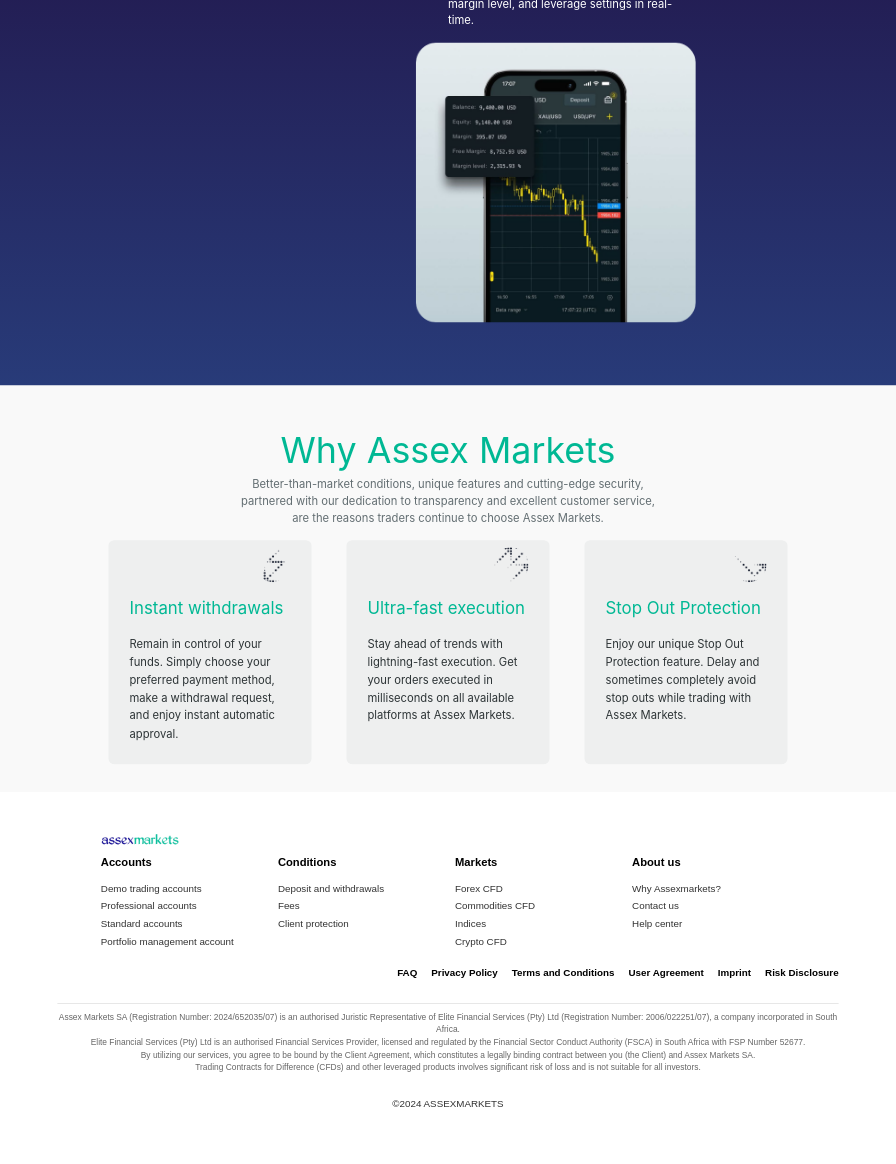
Repository: RevenewMarketing/Assex
Page: /webinar
These files come from the project's save history. The page is drawn as it stood at one moment and after the next save; the edit follows.
The browser window is 1280 px wide. The pictures show the part of the page from y = 2754 to 4674 px (the page is 4417 px tall before and 4674 px after), at 70% of full size.
The project was rebuilt for these pictures with package versions that can differ from the ones it lists, and the page was loaded fresh each time. Also part of the build but not shown: vite.config.ts, src/pages/home/sections/HeroSection.module.css, src/pages/home/sections/HeroSection.tsx, src/pages/home/sections/Section2.tsx, src/pages/home/sections/Section3.tsx, src/pages/home/sections/Section4.tsx, src/pages/home/sections/Section5.tsx, src/pages/home/sections/Section6.tsx and 32 more.

Above is the page before, as saved 2024-11-29 12:49:46.

### index.html
<!doctype html>
<html lang="en">
  <head>
    <meta charset="UTF-8" />
    <link rel="icon" type="image/svg+xml" href="/vite.svg" />
    <meta name="viewport" content="width=device-width, initial-scale=1.0" />
    <title>Assex</title>
  </head>
  <body>
    <div id="root"></div>
    <script type="module" src="/src/main.tsx"></script>
  </body>
</html>

### src/index.css
:root {
  font-family: Inter, system-ui, Avenir, Helvetica, Arial, sans-serif;
  line-height: 1.5;
  font-weight: 400;
  color-scheme: light dark;
  color: rgba(255, 255, 255, 0.87);
  background-color: #ffffff;
  font-synthesis: none;
  max-width: 1920px;
  margin: auto;
  text-rendering: optimizeLegibility;
  -webkit-font-smoothing: antialiased;
  -moz-osx-font-smoothing: grayscale;
  /* Smooth scrolling */
  scroll-behavior: smooth;
}

a {
  font-weight: 500;
  color: #646cff;
  text-decoration: inherit;
}

a:hover {
  color: #535bf2;
}

body {
  margin: 0;
  display: flex;
  place-items: center;
  min-width: 320px;
  min-height: 100vh;
  background-color: #FFF;
  /* align-content: center; */
  flex-direction: column;
  justify-content: flex-start;
}

h1 {
  font-size: 3.2em;
  line-height: 1.1;
}

button {
  border-radius: 8px;
  border: 1px solid transparent;
  padding: 0.6em 1.2em;
  font-size: 1em;
  font-weight: 500;
  font-family: inherit;
  background-color: #1a1a1a;
  cursor: pointer;
  transition: border-color 0.25s;
}

button:hover {
  border-color: #646cff;
}

button:focus,
button:focus-visible {
  outline: 4px auto -webkit-focus-ring-color;
}

@media (prefers-color-scheme: light) {
  :root {
    color: #213547;
    background-color: #ffffff;
  }

  a:hover {
    color: #747bff;
  }

  button {
    background-color: #f9f9f9;
  }
}

### src/App.tsx

import './App.css'
// import Navigation from './pages/home/Navigation'
import NavigationMenu from './components/navigation-menu/NavigationMenu'

import { BrowserRouter, Route, Routes } from 'react-router';
import Home from './pages/home/Home';
import Footer from './components/footer-section/Footer';
import About from './pages/about/About';
import Partner from './pages/partner/Partner';
import AccountTypeCrypto from './pages/account_type_crypto/AccountTypeCrypto';
import Webinar from './pages/web-terminal/Webinar';

function App() {

  return (
    <>
    <BrowserRouter>
    <NavigationMenu />
    <Routes>
      <Route path="/" element={<Home />} />
      <Route path="/about" element={<About />} />
      <Route path="/partner" element={<Partner />} />
      <Route path="/atc" element={<AccountTypeCrypto />} />
      <Route path="/webinar" element={<Webinar />} />
      {/* Define other routes */}
    </Routes>
    <Footer />
  </BrowserRouter>


    </>
  )
}

export default App

### src/App.css
#root {
  max-width: 1920px;
  width: 100%;
  margin: 0 auto;
  padding: 0;
  text-align: center;
}

.logo {
  height: 6em;
  padding: 1.5em;
  will-change: filter;
  transition: filter 300ms;
}
.logo:hover {
  filter: drop-shadow(0 0 2em #646cffaa);
}
.logo.react:hover {
  filter: drop-shadow(0 0 2em #61dafbaa);
}

@keyframes logo-spin {
  from {
    transform: rotate(0deg);
  }
  to {
    transform: rotate(360deg);
  }
}

@media (prefers-reduced-motion: no-preference) {
  a:nth-of-type(2) .logo {
    animation: logo-spin infinite 20s linear;
  }
}

.card {
  padding: 2em;
}

.read-the-docs {
  color: #888;
}

/* Auth Buttons */
.authButtons {
  /* margin-left: auto; */
  display: flex;
  gap: 10px;
}

### src/pages/web-terminal/Webinar.tsx

import Section1 from "./sections/Section1"
import Section2 from "./sections/Section2"
import Section3 from "./sections/Section3"
import Section4 from "./sections/Section4"
import Section5 from "./sections/Section5"




const Webinar = () => {
  return (
    <div>
      <Section1 />
      <Section2 />
      <Section3 />
      <Section4 />
      <Section5 />

    </div>
  )
}

export default Webinar

### src/components/ReusableButton.tsx

import styles from './GlobalComponentStyles.module.css';

type Props = {
  link?: string;
  text: string;
  type: 'register' | 'sign-in' | 'logout' | 'profile' | 'settings' | 'help' | 'free-trial' | 'learn-more' | 'dark' | 'light';
};

export default function ReusableButton({ link, text, type }: Props) {
  return (
      <button
      style={{
        backgroundColor: type === 'register' ? '#19BC9C' :
        type === 'sign-in' ? '#F4F6F7' :
        type === 'logout' ? '#FF6347' :
        type === 'profile' ? '#FFA07A' :
        type === 'settings' ? '#FF7F50' :
        type === 'help' ? '#FFA500' :
        type === 'free-trial' ? '#FFD700' :
        type === 'learn-more' ? '#FF4500' :
        type === 'dark' ? '#4C4B4D' :
        type === 'light' ? '#fff' : '#000',
        color: type === 'dark' ? '#fff' : '#000'
      }}
        className={styles.registerButton}
        onClick={() => window.open(link, '_blank')}
      >{text}
      </button>

  );
}

### src/components/footer-section/FooterStyles.module.css
.footerContainer {
  background-color: #ffffff;
  color: #333;
  padding: 60px 20px;
  font-family: Arial, sans-serif;
  font-size: 14px;
  line-height: 1.8;
}

.footerContainer h4 {
  font-size: 16px;
  font-weight: bold;
  margin-bottom: 10px;
  color: #000;
  text-align: left;
  margin-top: 0;
}

.footerContainer ul {
  list-style-type: none;
  padding: 0;
  margin: 0;
  text-align: left;
}

.footerContainer ul li {
  margin-bottom: 0px;
  cursor: pointer;
}

.footerContainer ul li:hover {
  color: #00b894;
}

.footerContainer .columnsContainer {
  display: flex;
  justify-content: space-between;
  gap: 20px;
  flex-wrap: wrap;
  margin-bottom: 40px;
  width: 80%;
  margin: auto;
}

.noDrag {
  cursor: no-drop !important;
}

.footerContainer .columnsContainer>div {
  flex: 1;
  min-width: 180px;
  /* Ensures alignment and proper spacing */
}

.linksContainer {
  display: flex;
  gap: 20px;
  justify-content: flex-end;
  width: 95%;
}

.linksContainer a {
  color: #000000 !important;
  font-weight: 600;
}

.footerContainer .linksContainer {
  text-align: center;
  margin: 20px 0 30px;
}

.footerContainer .linksContainer a {
  color: #007bff;
  text-decoration: none;
  margin: 0px;
  font-size: 14px;
}

.footerContainer .linksContainer a:hover {
  text-decoration: underline;
}

.footerContainer .details {
  font-size: 12px;
  color: #666;
  line-height: 1.5;
  margin: 20px auto;
  text-align: center;
  width: 90%;
  border-top: 1px solid #80808061;
  padding-top: 10px;
}

.footerContainer .details p {
  margin-bottom: 15px;
}

.footerContainer .logoContainer {
  text-align: left;
  margin: auto;
  width: 80%;
}

.footerContainer .logoContainer img {
  max-width: 150px;
}

.footerContainer .copyright {
  text-align: center;
  font-size: 14px;
  margin-top: 30px;
}


.details p {
  margin: 0 !important;
}

### src/pages/web-terminal/sections/Section1.tsx

import styles from './Section1.module.css';

const textContent = {
  title: 'CRYPTO TRADING WITHOUT THE SWAP FEES',
  subtitle: 'Trade popular cryptocurrencies including BTCUSD, ETHUSD, and LTCUSD. Hold your positions with no overnight charges.',
  registerButton: 'Register',
  demoButton: 'Try free demo',
};

const Section1: React.FC = () => {
  return (
    <section className={styles.container}>
    <div className={styles.textContainer}>
       <i> <h1 className={styles.title}>{textContent.title}</h1></i>
        <p className={styles.subtitle}>{textContent.subtitle}</p>
    </div>
      <div className={styles.buttonsContainer}>
        <button className={`${styles.button} ${styles.primaryButton}`}>{textContent.registerButton}</button>
        <button className={styles.button}>{textContent.demoButton}</button>
      </div>
    </section>
  );
};

export default Section1;

### src/pages/web-terminal/sections/Section2.tsx

import styles from './Section2.module.css';
import webAppImage from '../../../assets/pages/Web-Terminal/2-section1-Image1.png';

const content = {
  title: "Trade up with our high-speed, customized web app",
  description:
    "Enjoy seamless and flexible trading on the Assex Markets Terminal, a secure and streamlined web trader platform for trading over a hundred popular CFDs.",
  watchlistTitle: "Watchlist",
  watchlistDescription:
    "Get real-time prices and movements on the Assex Markets Terminal watchlist which hosts lists of all available trading instruments.",
  tradingModeTitle: "One-click trading mode",
  tradingModeDescription:
    "Open and close orders instantly choosing from a tile list of instruments to trade and using the Limit Order field for pending orders.",
};

const Section2: React.FC = () => {
  return (
    <div className={styles.section}>
      <div className={styles.textContainer}>
       <div className={styles.headerContent} >
          <h1 className={styles.title}>{content.title}</h1>
          <p className={styles.description}>{content.description}</p>
       </div>

       <div className={styles.innerContents} >
          <div className={styles.features}>
            <div className={styles.feature}>
              <h2 className={styles.featureTitle}>{content.watchlistTitle}</h2>
              <p className={styles.featureDescription}>
                {content.watchlistDescription}
              </p>
            </div>
            <div className={styles.feature}>
              <h2 className={styles.featureTitle}>
                {content.tradingModeTitle}
              </h2>
              <p className={styles.featureDescription}>
                {content.tradingModeDescription}
              </p>
            </div>
          </div>

          <img
          className={styles.imagePlaceholder}
          src={webAppImage}
          alt="Web App"
        />
        </div>

       </div>

    </div>
  );
};

export default Section2;

### src/pages/web-terminal/sections/Section3.tsx

import styles from './Section3.module.css';
import webAppImage from '../../../assets/pages/Web-Terminal/3-section2-Image1.png';

const content = {
  portfolioTitle: "Portfolio area",
  portfolioDescription:
    "Track your orders in the portfolio area with details like type, volume, prices, take profit, stop loss, open time, swap, and profit and loss.",
  instrumentsTitle: "Instruments tabs",
  instrumentsDescription:
    "Choose from multiple available chart types and customize them with indicators, drawing tools, and more. Charting is provided by TradingView.",
};

const Section3: React.FC = () => {
  return (
    <div className={styles.section}>



       <div className={styles.innerContents} >
          <div className={styles.features}>
            <div className={styles.feature}>
              <h2 className={styles.featureTitle}>{content.portfolioTitle}</h2>
              <p className={styles.featureDescription}>
                {content.portfolioDescription}
              </p>
            </div>
            <div className={styles.feature}>
              <h2 className={styles.featureTitle}>
                {content.instrumentsTitle}
              </h2>
              <p className={styles.featureDescription}>
                {content.instrumentsDescription}
              </p>
            </div>
          </div>

          <img
          className={styles.imagePlaceholder}
          src={webAppImage}
          alt="Web App"
        />
        </div>



    </div>
  );
};

export default Section3;

### src/pages/web-terminal/sections/Section4.tsx

import styles from './Section4.module.css';
import webAppImage from '../../../assets/pages/Web-Terminal/4-section3-Image1.png';

const content = {
  managementTitle: "Trading account management",
  managementDescription:
    "View your account details such as trading history, balance, equity, margin, free margin, margin level, and leverage settings in real-time.",
  accountTypesTitle: "Account types",
  accountTypesDescription:
    "Enjoy flexibility on a web trader platform that is compatible with all Assex Markets trading account types that are supported by MetaTrader 5.",
};

const Section4: React.FC = () => {
  return (
    <div className={styles.section}>



        <div className={styles.innerContents}>
          <div className={styles.features}>

            <div className={styles.feature}>
              <h2 className={styles.featureTitle}>{content.accountTypesTitle}</h2>
              <p className={styles.featureDescription}>
                {content.accountTypesDescription}
              </p>
            </div>
            <div className={styles.feature}>
              <h2 className={styles.featureTitle}>
                {content.managementTitle}
              </h2>
              <p className={styles.featureDescription}>
                {content.managementDescription}
              </p>
              </div>
          </div>

          <img
            className={styles.imagePlaceholder}
            src={webAppImage}
            alt="Web App"
          />
        </div>

    </div>
  );
};

export default Section4;

### src/components/GlobalComponentStyles.module.css


.registerButton {
  background-color: #00b074;
  color: white;
  border: none;
  padding: 8px 16px;
  font-size: 14px;
  border-radius: 4px;
  cursor: pointer;
}

.signInButton {
  background-color: #f4f4f4;
  color: #333;
  border: 1px solid #ccc;
  padding: 8px 16px;
  font-size: 14px;
  border-radius: 4px;
  cursor: pointer;
}

### src/pages/web-terminal/sections/Section1.module.css
.container {
  background-image: url('../../../assets/pages/Crypto/1-cryptoBanner.jpg'); /* Replace with your background image path */
  background-size: cover;
  background-position: center;
  background-repeat: no-repeat;
  min-height: 63dvh;
  display: flex;
  flex-direction: column;
  justify-content: center;
  align-items: flex-start;
  padding: 20px 40px;
  background-color: rgba(0, 0, 0, 0.73);
  max-width: inherit;
}

@media (max-width: 768px) {
  .container {
    height: auto;
    padding: 15px;
  }
}

.title {
  font-size: 3rem; /* Reduced from 5rem for better scaling */
  font-weight: 700;
  color: white;
  margin: 0 0 20px;
  text-align: left;
}

@media (max-width: 768px) {
  .title {
    font-size: 2.2rem; /* Scaled down for smaller screens */
    margin-bottom: 15px;
  }
}

.textContainer {
  width: 55%;
}

@media (max-width: 768px) {
  .textContainer {
    width: 100%; /* Ensure text occupies full width on smaller screens */
  }
}

.subtitle {
  font-size: 1.8rem; /* Reduced from 2rem for consistency */
  color: white;
  margin: 0 0 30px;
  text-align: left;
  width: 72%;
}

@media (max-width: 768px) {
  .subtitle {
    font-size: 1.2rem; /* Adjusted for smaller screens */
    margin-bottom: 20px;
    width: 100%; /* Occupy full width for better readability */
  }
}

.buttonsContainer {
  display: flex;
  gap: 15px;
}

@media (max-width: 768px) {
  .buttonsContainer {
    flex-direction: column;
    gap: 10px;
  }
}

.button {
  background-color: white;
  color: #00c897;
  border: 2px solid #00c897;
  border-radius: 5px;
  font-size: 1rem; /* Consistent button text size */
  font-weight: 600;
  padding: 10px 20px;
  cursor: pointer;
  transition: all 0.3s ease;
}

.button:hover {
  background-color: #e8f8f4;
}

.primaryButton {
  background-color: #00c897;
  color: white;
}

.primaryButton:hover {
  background-color: #00b087;
}

@media (max-width: 768px) {
  .button {
    width: 100%;
    text-align: center;
  }
}

### src/pages/web-terminal/sections/Section2.module.css
.section {
  display: flex;
  justify-content: space-between;
  align-items: center;
  background: rgb(40, 59, 121);
  background: linear-gradient(0deg, rgba(40, 59, 121, 1) 0%, rgba(32, 13, 63, 1) 100%);
  color: #ffffff;
  padding: 50px;
  flex-direction: column;
}

.textContainer {
  max-width: 63%;
}

.headerContent {
  width: 70%;
  margin: auto;
}

.innerContents {
  display: flex;
  flex-direction: row-reverse;
  flex-wrap: wrap;
  width: 100%;
  justify-content: space-between;
  align-content: center;
  margin: 40px;
}

.title {
  font-size: 2rem;
  font-weight: bold;
  margin-bottom: 20px;
}

.description {
  font-size: 1.1rem;
  margin-bottom: 30px;
}

.features {
  display: flex;
  flex-direction: column;
  gap: 20px;
  width: 50%;
  justify-content: center;
  text-align: left;
}

.feature {
  margin-bottom: 20px;
}

.featureTitle {
  font-size: 1.2rem;
  font-weight: bold;
  margin: 0;
}

.featureDescription {
  font-size: 1rem;
  line-height: 1.5;
  margin: 0;
}

.imagePlaceholder {

  height: 400px;
  transition: all 0.3s;
  border-radius: 10px;
}

.imagePlaceholder:hover {
  transform: scale(1.2);
}

### src/pages/web-terminal/sections/Section3.module.css
.section {
  display: flex;
  justify-content: space-between;
  align-items: center;
  background-color: #ffffff;
  color: #000000;
  padding: 50px;
  flex-direction: column;
}


.headerContent {
  width: 70%;
  margin: auto;
}

.innerContents {
  display: flex;
  flex-direction: row;
  flex-wrap: wrap;
  max-width: 60%;
  justify-content: space-between;
  align-content: center;
  margin: 40px;
}

.title {
  font-size: 2rem;
  font-weight: bold;
  margin-bottom: 20px;
}

.description {
  font-size: 1.1rem;
  margin-bottom: 30px;
}

.features {
  display: flex;
  flex-direction: column;
  gap: 20px;
  width: 50%;
  justify-content: center;
  text-align: left;
}

.feature {
  margin-bottom: 20px;
}

.featureTitle {
  font-size: 1.2rem;
  font-weight: bold;
  margin: 0;
}

.featureDescription {
  font-size: 1rem;
  line-height: 1.5;
  margin: 0;
}

.imagePlaceholder {

  height: 400px;
  transition: all 0.3s;
  border-radius: 10px;
}

.imagePlaceholder:hover {
  transform: scale(1.2);
}

### src/pages/web-terminal/sections/Section4.module.css
.section {
  display: flex;
  justify-content: space-between;
  align-items: center;
  background: rgb(40, 59, 121);
  background: linear-gradient(0deg, rgba(40, 59, 121, 1) 0%, rgba(32, 13, 63, 1) 100%);
  color: #ffffff;
  padding: 50px;
  flex-direction: column;
}



.headerContent {
  width: 70%;
  margin: auto;
}

.innerContents {
  display: flex;
  flex-direction: row-reverse;
  flex-wrap: wrap;
  max-width: 60%;
  justify-content: space-between;
  align-content: center;
  margin: 40px;
}

.title {
  font-size: 2rem;
  font-weight: bold;
  margin-bottom: 20px;
}

.description {
  font-size: 1.1rem;
  margin-bottom: 30px;
}

.features {
  display: flex;
  flex-direction: column;
  gap: 20px;
  width: 50%;
  justify-content: center;
  text-align: left;
}

.feature {
  margin-bottom: 20px;
}

.featureTitle {
  font-size: 1.2rem;
  font-weight: bold;
  margin: 0;
}

.featureDescription {
  font-size: 1rem;
  line-height: 1.5;
  margin: 0;
}

.imagePlaceholder {

  height: 400px;
  transition: all 0.3s;
  border-radius: 10px;
}

.imagePlaceholder:hover {
  transform: scale(1.2);
}

### src/pages/web-terminal/sections/Section5.module.css
.section {
  padding: 20px;
  text-align: center;
  background-color: #f9f9f9;
}

.cardIcon {
  border-radius: 50%;
  width: 50px;
  height: 50px;
  background-color: #00b89300;
  margin-left: auto;
}

.heading {
  font-weight: 400;
  color: #00b894;
  margin-bottom: 10px;
}

.subheading {
  color: #636e72;
  margin: auto;
  width: 50%;

}

.cardContainer {
  display: flex;
  justify-content: center;
  gap: 50px;
  flex-wrap: wrap;
  margin: 20px;
}

.card {
  display: flex;
  flex-direction: column;
  justify-content: flex-start;
  background: #EEEFEF;
  padding: 10px 30px;
  /* border: 1px solid #dfe6e9; */
  border-radius: 8px;
  max-width: 230px;
  height: 300px;
  text-align: left;
  /* box-shadow: 0 2px 4px rgba(0, 0, 0, 0.1); */
}

.cardTitle {
  font-weight: 400;
  color: #00b894;
  margin-bottom: px;text-align: left;
}

.cardDescription {
  text-align: center;
  color: #2d3436;
  line-height: 1.6;
  margin: 0;
  text-align: left;
}

### src/pages/web-terminal/sections/Section6.tsx
import React from 'react';
import styles from './Section6.module.css';

const content = {
  title: "Trade with a trusted broker today",
  subtitle: "See for yourself why we are the broker of choice for you",
  buttons: {
    register: "Register",
    demo: "Try free demo",
  },
};

const Section6: React.FC = () => {
  return (
    <div className={styles.section}>
      <h1 className={styles.title}>{content.title}</h1>
      <p className={styles.subtitle}>{content.subtitle}</p>
      <div className={styles.buttonContainer}>
        <button className={styles.registerButton}>{content.buttons.register}</button>
        <button className={styles.demoButton}>{content.buttons.demo}</button>
      </div>
    </div>
  );
};

export default Section6;

### src/pages/web-terminal/sections/Section6.module.css
.section {
  display: flex;
  flex-direction: column;
  align-items: center;
  justify-content: center;
  background-color: #1ABC9C;
  color: white;
  padding: 40px 20px;
  text-align: center;
}

.title {
  font-size: 2rem;
  font-weight: bold;
  margin-bottom: 10px;
}

.subtitle {
  font-size: 1.2rem;
  margin-bottom: 20px;
}

.buttonContainer {
  display: flex;
  gap: 15px;
}

.registerButton {
  background-color: #333333;
  color: white;
  border: none;
  padding: 10px 20px;
  border-radius: 5px;
  cursor: pointer;
  font-size: 1rem;
  font-weight: bold;
}

.registerButton:hover {
  background-color: #555555;
}

.demoButton {
  background-color: white;
  color: #333333;
  border: 1px solid #333333;
  padding: 10px 20px;
  border-radius: 5px;
  cursor: pointer;
  font-size: 1rem;
  font-weight: bold

Loaded but not shown: src/main.tsx (common file); src/components/navigation-menu/NavigationMenu.tsx (271 lines, source omitted); src/components/footer-section/Footer.tsx (129 lines, source omitted); src/components/navigation-menu/NavigationMenu.module.css (180 lines, source omitted); src/pages/web-terminal/sections/Section5.tsx (57 lines, source omitted)

After the next save:
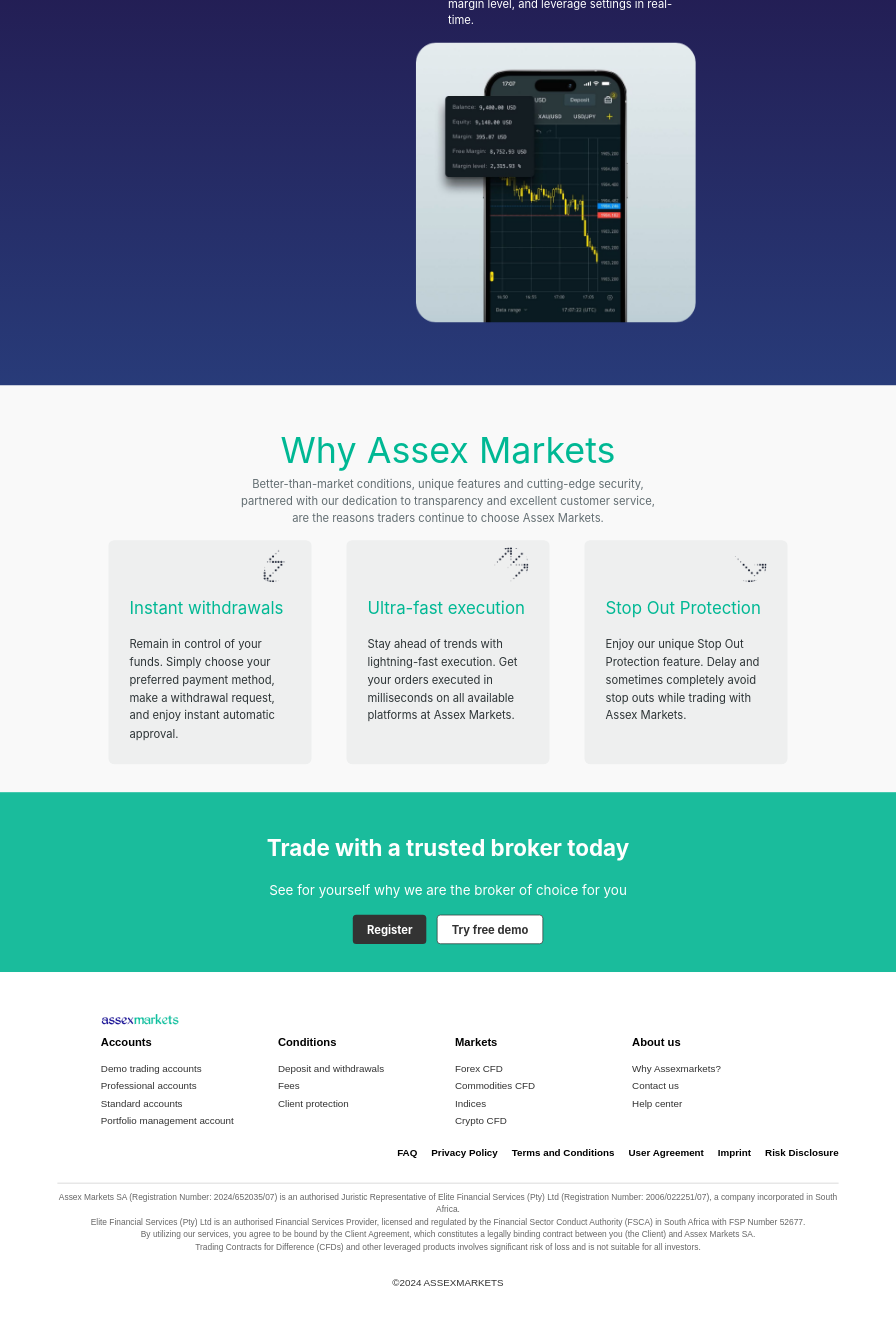
Saved 20 s later.
--- a/src/pages/web-terminal/Webinar.tsx
+++ b/src/pages/web-terminal/Webinar.tsx
@@ -4,6 +4,7 @@
 import Section3 from "./sections/Section3"
 import Section4 from "./sections/Section4"
 import Section5 from "./sections/Section5"
+import Section6 from "./sections/Section6"
 
 
 
@@ -16,7 +17,7 @@
       <Section3 />
       <Section4 />
       <Section5 />
-
+      <Section6 />
     </div>
   )
 }
